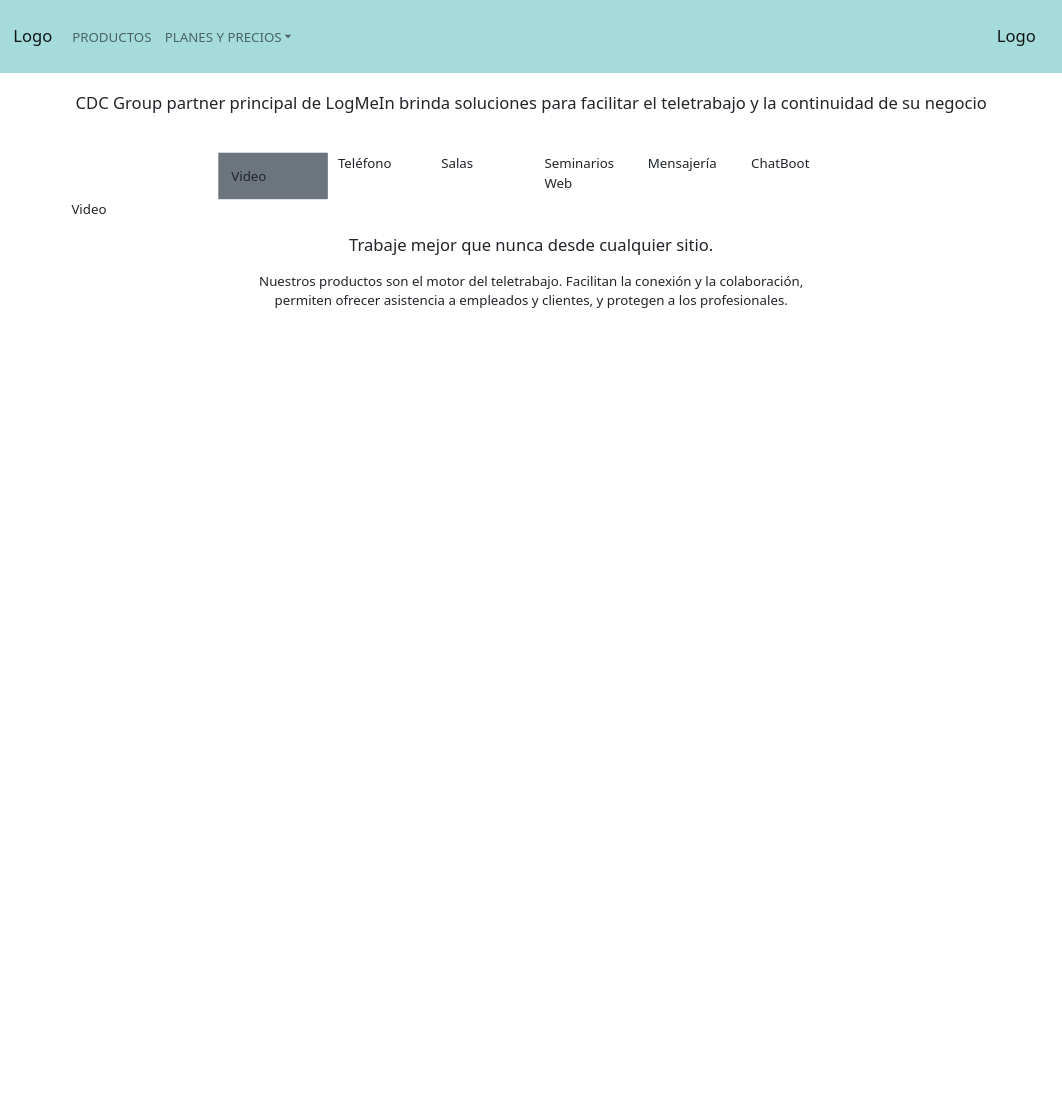
Repository: onehitwondermx/cdclogmein
Page: index.html
An editor plug-in stored every save of this project. The page is shown before and after a run of saves, followed by the edit.
The browser window is 1280 px wide. The pictures show the whole page, at 83% of full size.

Above is the page before, as saved 2021-06-03 22:58:49.

After the next 2 saves:
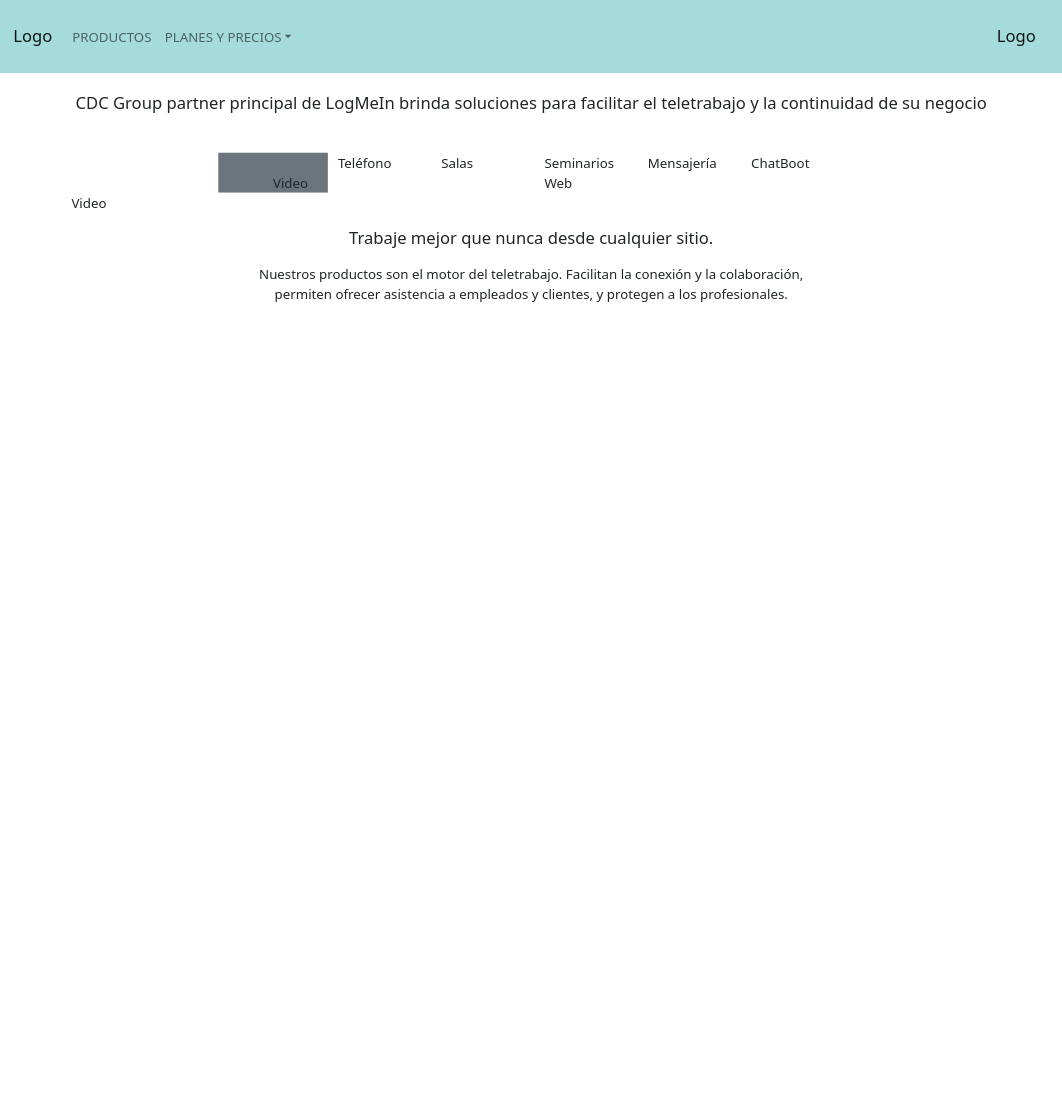
The 2 saves are shown as one change because they came seconds apart.
The last was saved 27 s later.
--- a/index.html
+++ b/index.html
@@ -49,7 +49,7 @@
     <div class="row">
       <div class="col-2 d-none d-lg-block"></div>
       <div class="col p-3 bg-secondary position-relative">
-        <span class="text-center">Video</span>
+        <span class="position-absolute top-50 start-50">Video</span>
       </div>
       <div class="col">
         <span>Teléfono</span>
